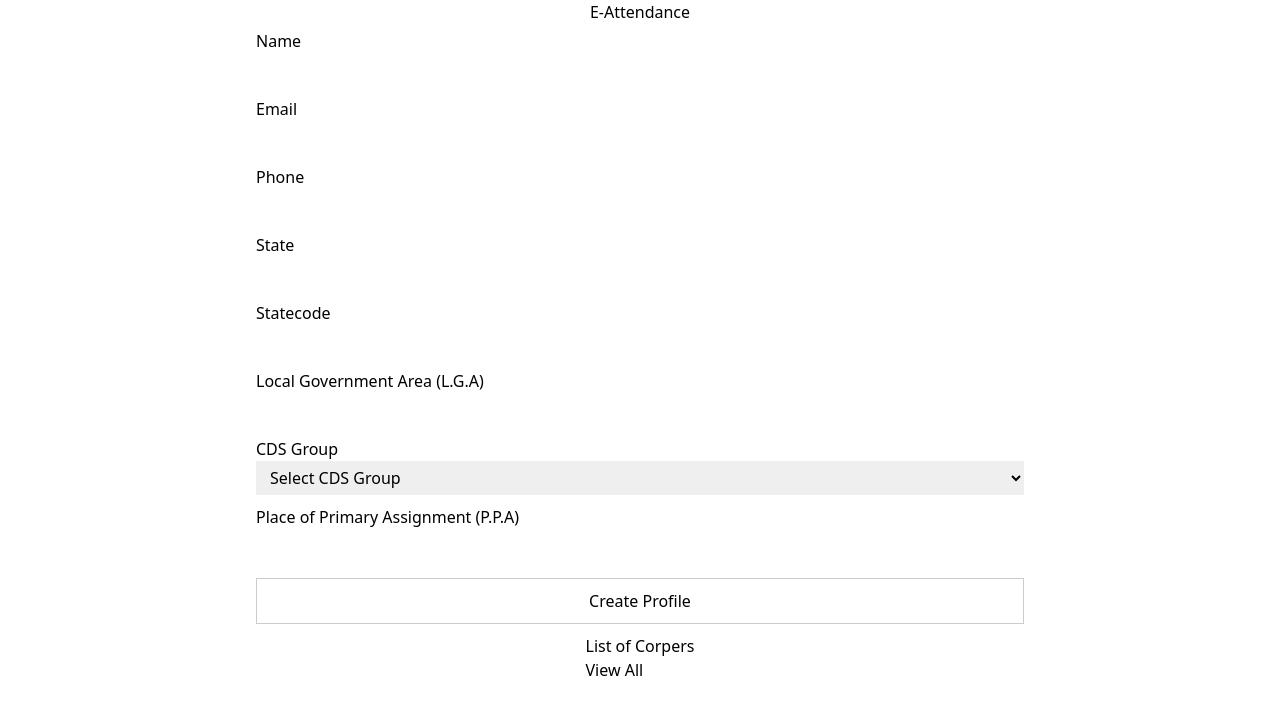
Repository: latenightsnacc/attendance-sheet
Page: / (app in docs/client/)
The author's editor kept a copy of each file at every save. The page is drawn from the files as they stood at one save, then again after the next save.
The browser window is 1280 px wide. The pictures show the whole page.
The project was rebuilt for these pictures with package versions that can differ from the ones it lists, and the page was loaded fresh each time. Also part of the build but not shown: docs/client/src/List.js.

Above is the page before, as saved 2022-01-21 11:26:44.

### docs/client/src/index.js
import React from 'react';
import ReactDOM from 'react-dom';
import './index.css';
import App from './App';
import reportWebVitals from './reportWebVitals';
import { BrowserRouter as Router, Route, Routes} from 'react-router-dom';

import List from './List';


ReactDOM.render(
  <React.StrictMode>
    <Router>

      <Routes>
        <Route path="/" element={<App />} />
        <Route path="/list" element={<List />} />
      </Routes>
    </Router>
  </React.StrictMode>,
  document.getElementById('root')
);

// If you want to start measuring performance in your app, pass a function
// to log results (for example: reportWebVitals(console.log))
// or send to an analytics endpoint. Learn more: https://bit.ly/CRA-vitals
reportWebVitals();

### docs/client/src/App.js
import './App.css';
import {useState} from 'react';
import Axios from 'axios';

function App() {
  const [corper, setState] = useState({
    name: '',
    email: '',
    phone: '',
    state: '',
    statecode: '',
    cds: '',
    lga: '',
    ppa: ''
  });

  const getDetails = e => {
    setState({
      ...corper,
      [e.target.name]: e.target.value
    });
  }
  // const viewDetails = e => {
  //   e.preventDefault();
  //   console.log(corper)
  // }
  const createProfile = () => {
    try {
      Axios.post("http://localhost:3030/create", {
        name: corper.name,
        email: corper.email,
        phone: corper.phone,
        state: corper.state,
        statecode: corper.statecode,
        cds: corper.cds,
        lga: corper.lga,
        ppa: corper.ppa
      }).then(() => {
        console.log("Corper's E-Attendance Profile Created.")
      })
    } catch (e) {
      console.log(e);
    }

  }

    const viewAll = () => {
        try {
            Axios.get("http://localhost:3030/profileList")
            .then((Response) => {
                setProfileList(Response.data);
            });
        } catch (e) {
            console.log(e);
        }
    }

  return (
    <div className="App">
      <h1>E-Attendance</h1>
      <form onSubmit={createProfile} className="form">
          <div className="form-group">
            <label for="name">Name</label>
            <input
              type='text'
              name='name'
              id="name"
              value={corper.name}
              onChange={getDetails}
            />
          </div>
          <div className="form-group">
            <label for="email">Email</label>
            <input
              type='email'
              name='email'
              id="email"
              value={corper.email}
              onChange={getDetails}
            />
          </div>
          <div className="form-group">
            <label for="phone">Phone</label>
            <input
              type='tel'
              name='phone'
              id="phone"
              value={corper.phone}
              onChange={getDetails}
            />
          </div>
          <div className="form-group">
            <label for="state">State</label>
            <input
              type='text'
              name='state'
              id="state"
              value={corper.state}
              onChange={getDetails}
            />
          </div>
          <div className="form-group">
            <label for="statecode">Statecode</label>
            <input
              type='text'
              name='statecode'
              id="statecode"
              value={corper.statecode}
              onChange={getDetails}
            />
          </div>
          <div className="form-group">
            <label for="lga">Local Government Area (L.G.A)</label>
            <input
              type='text'
              name='lga'
              id="lga"
              value={corper.lga}
              onChange={getDetails}
            />
          </div>
          <div className="form-group">
            <label for="cds">CDS Group</label>
            <select
              type='text'
              name='cds'
              id="cds"
              value={corper.cds}
              onChange={getDetails}>
                <option selected>Select CDS Group</option>
                <option value="ICT">ICT</option>
                <option value="Band">Band</option>
                <option value="Red Cross">Red Cross</option>
                <option value="ICT">ICT</option>
            </select>
          </div>
          <div className="form-group">
            <label for="ppa">Place of Primary Assignment (P.P.A)</label>
            <input
              type='text'
              name='ppa'
              id="ppa"
              value={corper.ppa}
              onChange={getDetails}
            />
          </div>
          <button className='btn' type="submit" >Create Profile</button>


      </form>
      <div>
            <h1>List of Corpers</h1>

            <button onClick={viewAll}>View All</button>


        </div>
    </div>
  );
}

export default App;

### docs/client/src/App.css
.App {
  display: flex;
  flex-direction: column;
  align-items: center;
}
.form {
  display: flex;
  flex-direction: column;
  width: 60%;
}
.form-group {
  display: flex;
  flex-direction: column;
  margin: 5px 0px;

}
.form input, select {
  outline: none;
  padding: 5px 10px;
}
.btn {
  outline: none;
  padding: 10px;
  margin: 10px 0px;
  border: 1px solid #ccc;
}

.btn:hover {
  cursor: pointer;
}

@media  screen and (max-width:600px) {
  .form {
    width: 95%;
  }
}

### docs/client/src/List.css
.list {
    width: 90%;
    margin: auto;
}
h1 {
    text-align: center;
}
.profile {
    display: flex;
    width: 100%;
}
.detail {
    margin-right: 2%;
}

Loaded but not shown: docs/client/public/index.html (common file); docs/client/src/index.css (common file); docs/client/src/reportWebVitals.js (common file); docs/client/tailwind.config.js (common file)

After the next save:
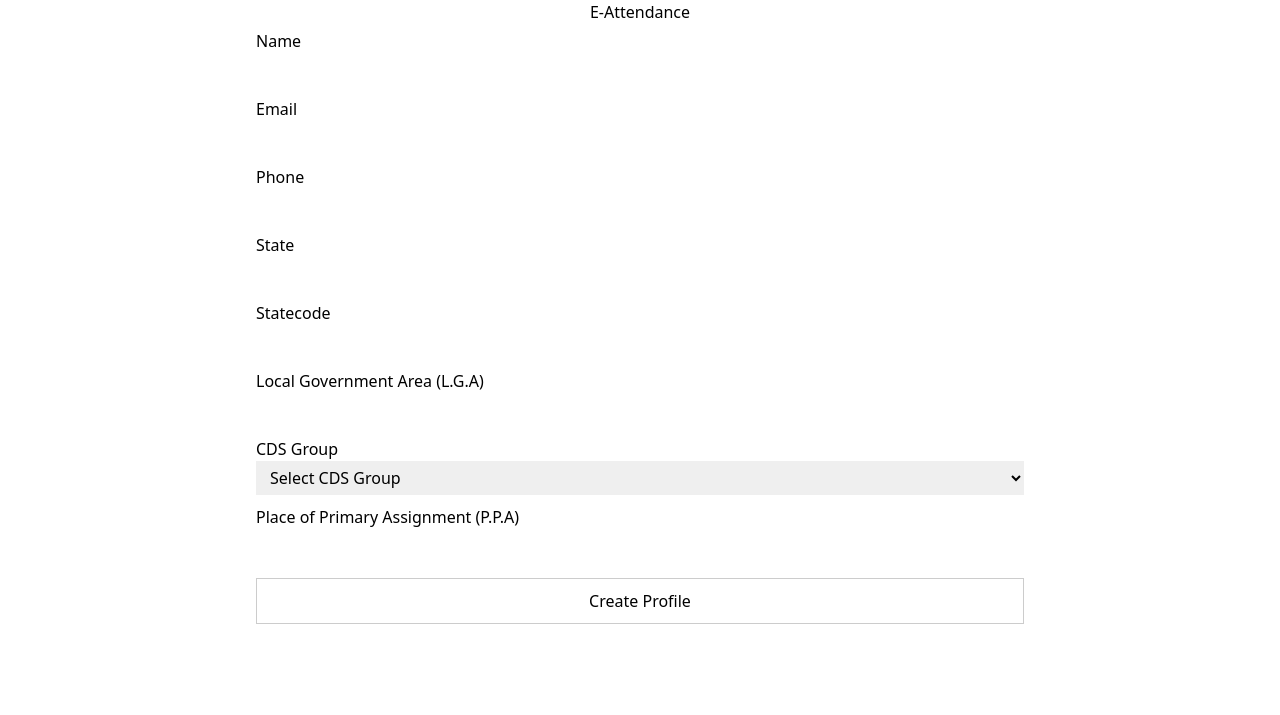
Saved 12 s later.
--- a/docs/client/src/App.js
+++ b/docs/client/src/App.js
@@ -148,13 +148,7 @@ function App() {
 
 
       </form>
-      <div>
-            <h1>List of Corpers</h1>
 
-            <button onClick={viewAll}>View All</button>
-
-
-        </div>
     </div>
   );
 }
